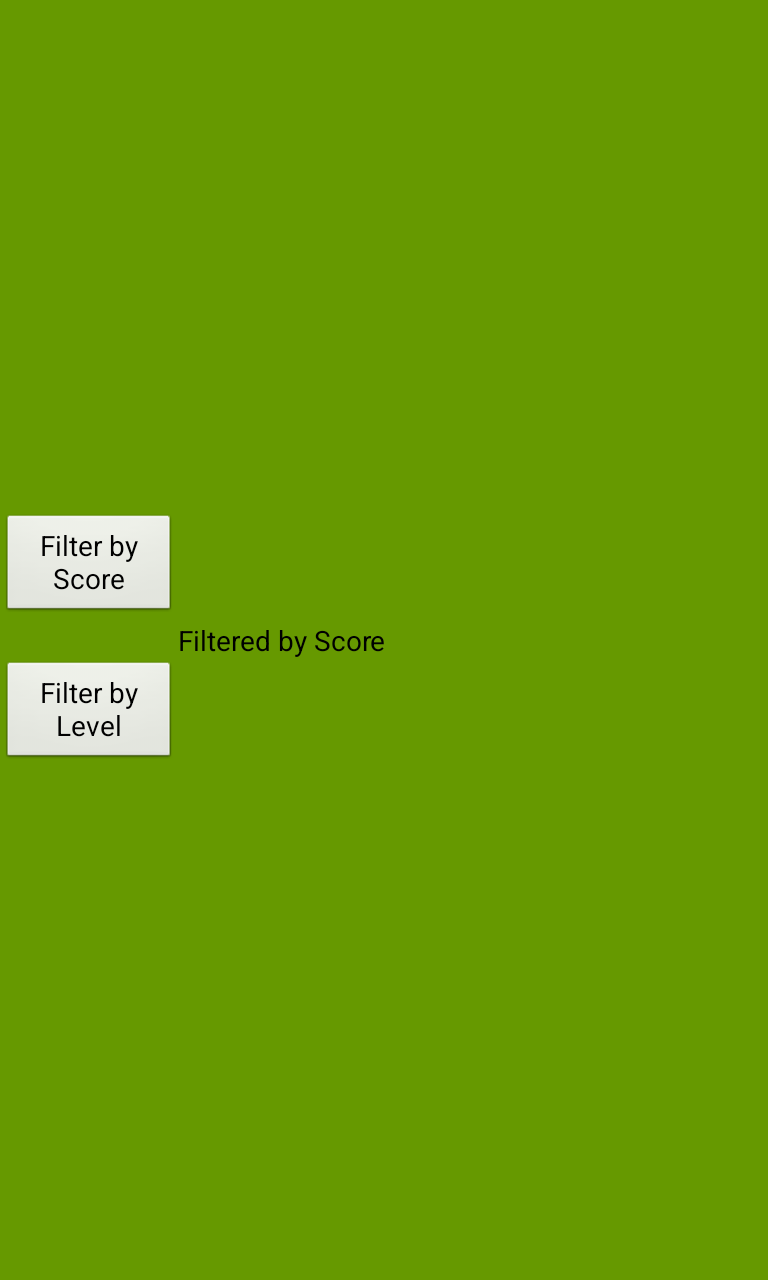
Repository: valleskeyp/IADHub
Layout: MGDGame-android/res/layout/main.xml
An editor plug-in stored every save of this project. The layout is shown before and after the next save, followed by the edit.
It is drawn on a 768 x 1280 px phone screen (xhdpi) without system bars, with theme android:Theme.NoTitleBar.Fullscreen; the app's code is not run. Lists and similar views that code fills are empty.

Above is the layout before, as saved 2013-07-29 23:13:13.

### MGDGame-android/res/layout/main.xml
<?xml version="1.0" encoding="utf-8"?>
<LinearLayout xmlns:android="http://schemas.android.com/apk/res/android"
    android:layout_width="fill_parent"
    android:layout_height="fill_parent"
    android:orientation="horizontal"
    android:background="@android:color/holo_green_dark" >

	<LinearLayout
	    android:layout_width="wrap_content"
	    android:layout_height="wrap_content"
	    android:orientation="vertical"
	    android:layout_gravity="center_vertical" >

	    <Button
	        android:id="@+id/filterScore"
	        android:layout_marginBottom="20dp"
	        android:layout_width="89dp"
	        android:layout_height="wrap_content"
	        android:text="Filter by Score" />

	    <Button
	        android:id="@+id/filterLevel"
	        android:layout_width="89dp"
	        android:layout_height="wrap_content"
	        android:text="Filter by Level" />
	</LinearLayout>

	<LinearLayout
	    android:layout_width="wrap_content"
	    android:layout_height="wrap_content"
	    android:orientation="vertical"
	    android:layout_gravity="center_vertical" >

	    <TextView
	        android:id="@+id/textView1"
	        android:layout_width="match_parent"
	        android:layout_height="wrap_content"
	        android:text="Filtered by Score"
	        android:textColor="@android:color/black" />

	    <ListView
	        android:id="@+id/list_scores"
	        android:layout_width="match_parent"
	        android:layout_height="wrap_content"
	        android:clickable="false" >
	    </ListView>
	</LinearLayout>

</LinearLayout>

After the next save:
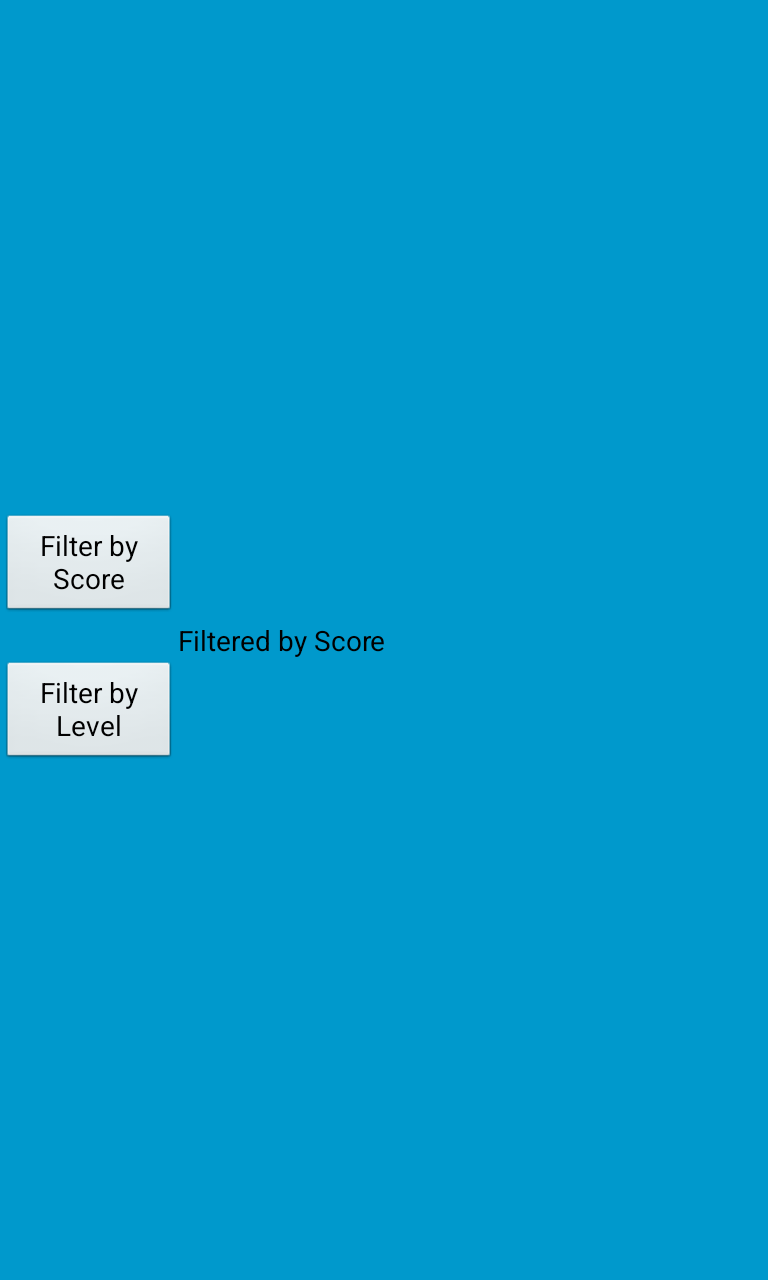
Saved 19 s later.
--- a/MGDGame-android/res/layout/main.xml
+++ b/MGDGame-android/res/layout/main.xml
@@ -3,7 +3,7 @@
     android:layout_width="fill_parent"
     android:layout_height="fill_parent"
     android:orientation="horizontal"
-    android:background="@android:color/holo_green_dark" >
+    android:background="@android:color/holo_blue_dark" >
 
 	<LinearLayout
 	    android:layout_width="wrap_content"
